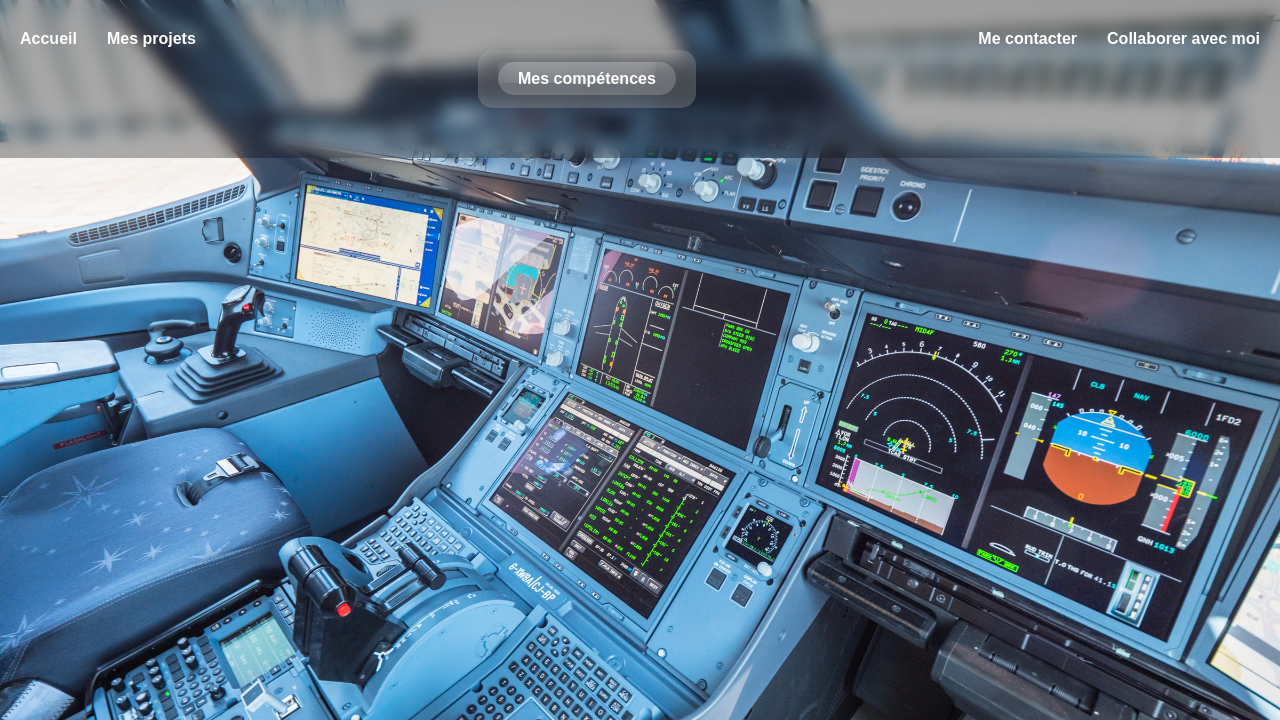
Repository: nlagardere/myportfolio
Page: competences.html
The author's editor kept a copy of each file at every save. The page is drawn from the files as they stood at one save, then again after the next save.
The browser window is 1280 px wide. The pictures show the whole page.

Above is the page before, as saved 2025-09-06 10:52:49.

### competences.html
<!DOCTYPE html>
<html lang="en">
<head>
    <meta charset="UTF-8">
    <meta name="viewport" content="width=device-width, initial-scale=1.0">
    <title>Document</title>
    <style>
        body {
      font-family: 'Quicksand', sans-serif;
      margin: 0;
      padding: 0;
      min-height: 100vh;
      display: flex;
      flex-direction: column;
      background: url('a350.jpg') no-repeat center center;
      background-size: cover;
      color: #fff;
    }

    header {
      text-align: center;
      padding: 30px 20px;
      background: rgba(0,0,0,0.3);
      backdrop-filter: blur(8px);
    }

    /* ========== GLASS CARD ========== */
    .glasscard, .competences {
      background: rgba(255, 255, 255, 0.2);
      border-radius: 15px;
      padding: 20px;
      margin: 20px auto;
      max-width: 800px;
      backdrop-filter: blur(10px);
      box-shadow: 0 4px 30px rgba(0,0,0,0.1);
      text-align: center;
      animation: zoomPop 1s ease forwards;
      color: white;
    }

    .highlight {
      color: #FFD93D;
      font-weight: bold;
    }

    @keyframes zoomPop {
      0% { opacity: 0; transform: scale(0.1) translateZ(-800px); }
      60% { opacity: 1; transform: scale(1.2) translateZ(50px); }
      80% { transform: scale(0.95) translateZ(0); }
      100% { opacity: 1; transform: scale(1) translateZ(0); }
    }

        .navbar ul {
      list-style: none;
      padding: 0;
      margin: 0;
      display: flex;
      justify-content: center;
      gap: 30px;
      flex-wrap: wrap;
    }
    .navbar ul li {
      display: inline;
    }
    .navbar ul li a {
      text-decoration: none;
      color: white;
      font-weight: bold;
      transition: color 0.3s;
    }
    .navbar ul li a:hover {
      color: #FFD93D;
    }

.competences-wrapper {
  background: rgba(255, 255, 255, 0.2);
  backdrop-filter: blur(10px);
  padding: 8px 20px;
  border-radius: 25px;
  color: #fff;
  font-weight: bold;
  transition: all 0.3s ease;
}

.competences-wrapper:hover {
  background: rgba(255, 255, 255, 0.4);
  transform: scale(1.05);
  color: #FFD93D;
}

    </style>
</head>
<body>
    <header>
    <nav class="navbar">
        <ul>
    <li><a href="index - Copie.html">Accueil</a></li>
    <li><a href="projects.html">Mes projets</a></li>
    <li class="competences">
        <a href="competences.html" class="competences-wrapper">Mes compétences</a>
    </li>
    <li><a href="contact.html">Me contacter</a></li>
    <li><a href="collaborate.html">Collaborer avec moi</a></li>
  </ul>
</nav>

  </header>
</body>
</html>

After the next save:
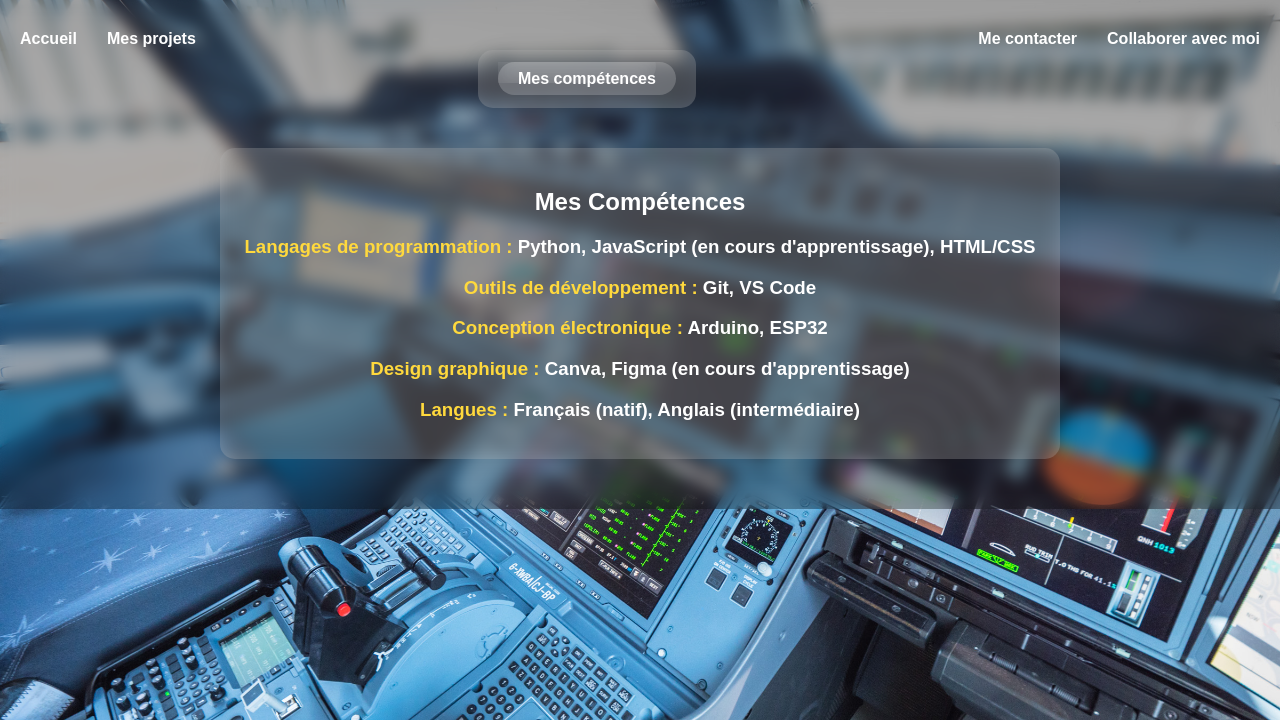
Saved 4 s later.
--- a/competences.html
+++ b/competences.html
@@ -104,6 +104,15 @@
   </ul>
 </nav>
 
+  <div class="competences">
+    <h2>Mes Compétences</h2>
+    <h3><span class="highlight">Langages de programmation :</span> Python, JavaScript (en cours d'apprentissage), HTML/CSS</h3>
+    <h3><span class="highlight">Outils de développement :</span> Git, VS Code</h3>
+    <h3><span class="highlight">Conception électronique :</span> Arduino, ESP32</h3>
+    <h3><span class="highlight">Design graphique :</span> Canva, Figma (en cours d'apprentissage)</h3>
+    <h3><span class="highlight">Langues :</span> Français (natif), Anglais (intermédiaire)</h3>
+  </div>
+
   </header>
 </body>
 </html>
